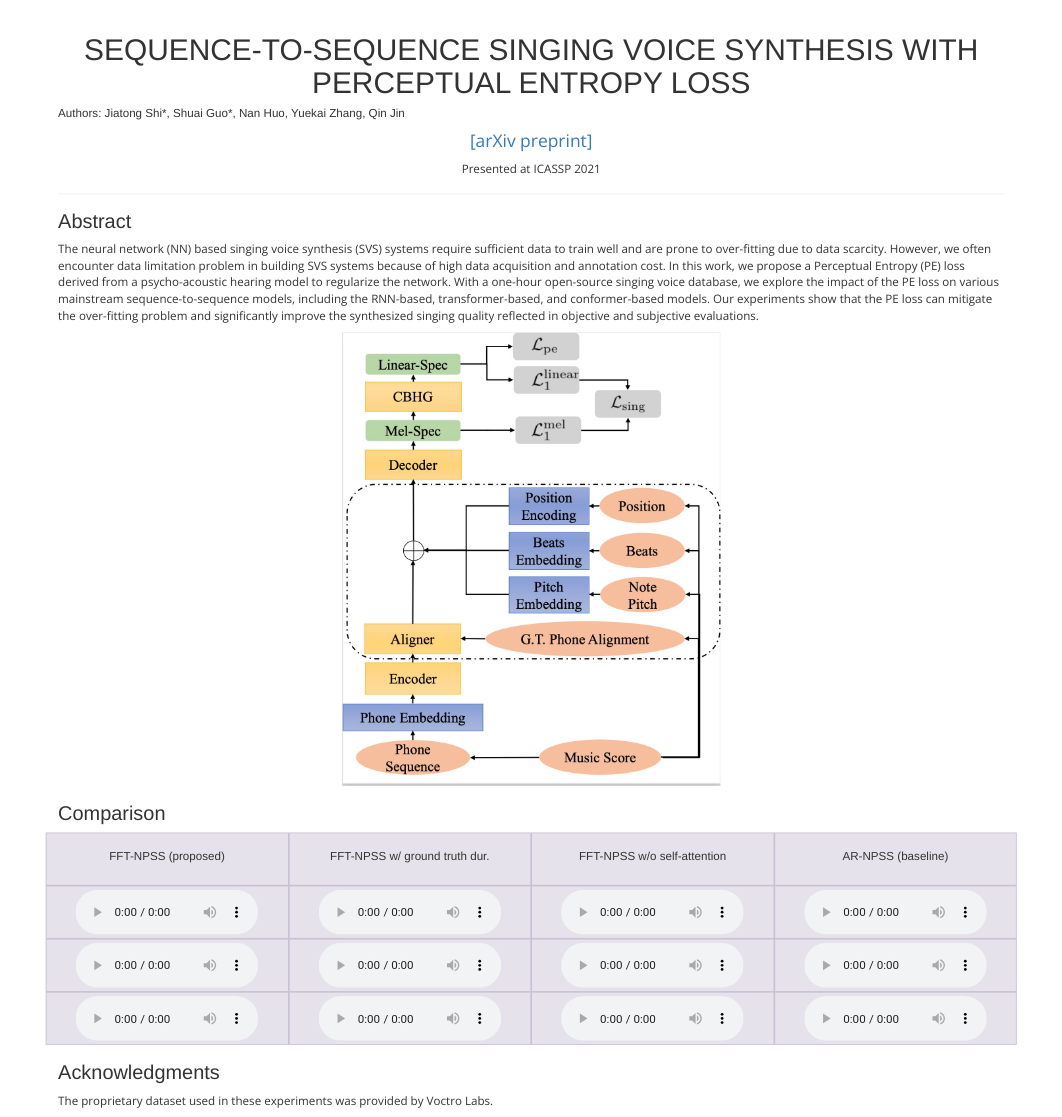
Repository: PeterGuoRuc/SVS_pe.github.io
Page: index.html
The author's editor kept a copy of each file at every save. The page is drawn from the files as they stood at one save, then again after the next save.
The browser window is 1280 px wide. The pictures show the whole page, at 83% of full size.

Above is the page before, as saved 2021-06-06 16:45:56.

After the next save:
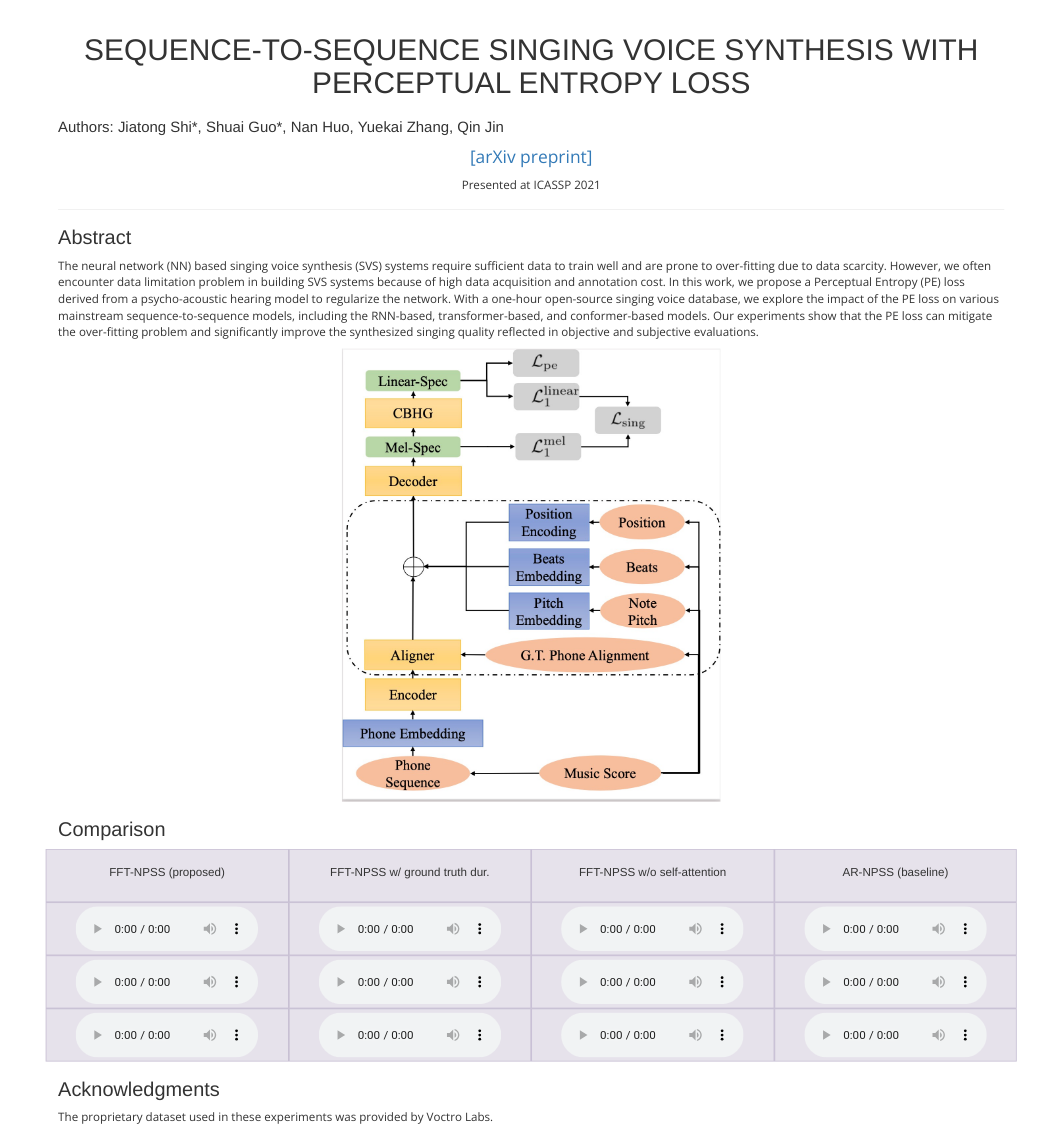
Saved 19 s later.
--- a/index.html
+++ b/index.html
@@ -42,7 +42,7 @@
         <h1>
           SEQUENCE-TO-SEQUENCE SINGING VOICE SYNTHESIS WITH PERCEPTUAL ENTROPY LOSS
         </h1>
-        <h5>Authors: Jiatong Shi*, Shuai Guo*, Nan Huo, Yuekai Zhang, Qin Jin</h5>
+        <h4>Authors: Jiatong Shi*, Shuai Guo*, Nan Huo, Yuekai Zhang, Qin Jin</h4>
         <p class="lead">
           <a class="lead_link" href="https://arxiv.org/abs/2010.12024">[arXiv preprint]</a>
         </p>
